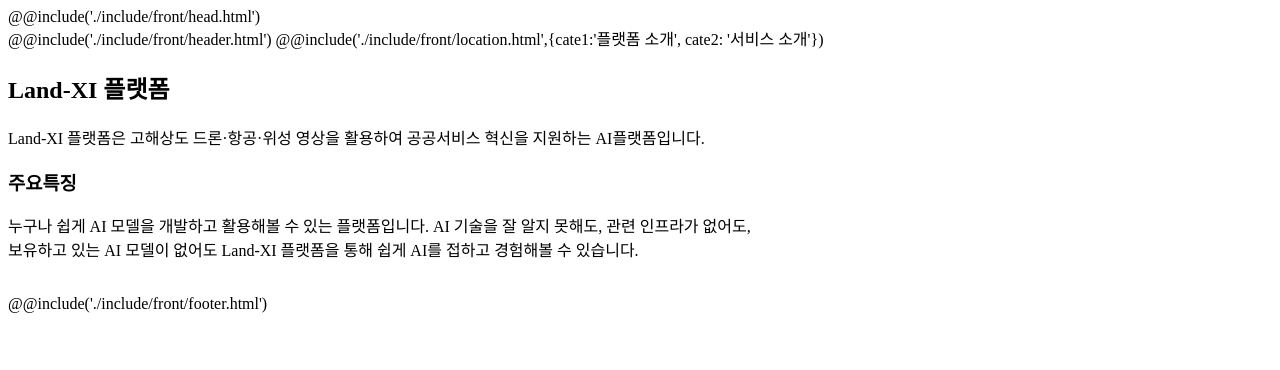
Repository: richosj/landxi
Page: workspace/html/01-01-플랫폼소개-서비스개요-플랫폼소개.html
An editor plug-in stored every save of this project. The page is shown before and after the next save, followed by the edit.
The browser window is 1280 px wide. The pictures show the whole page.

Above is the page before, as saved 2024-07-04 10:55:56.
Not found: workspace/html/common/images/plat/txt-group.png

After the next save:
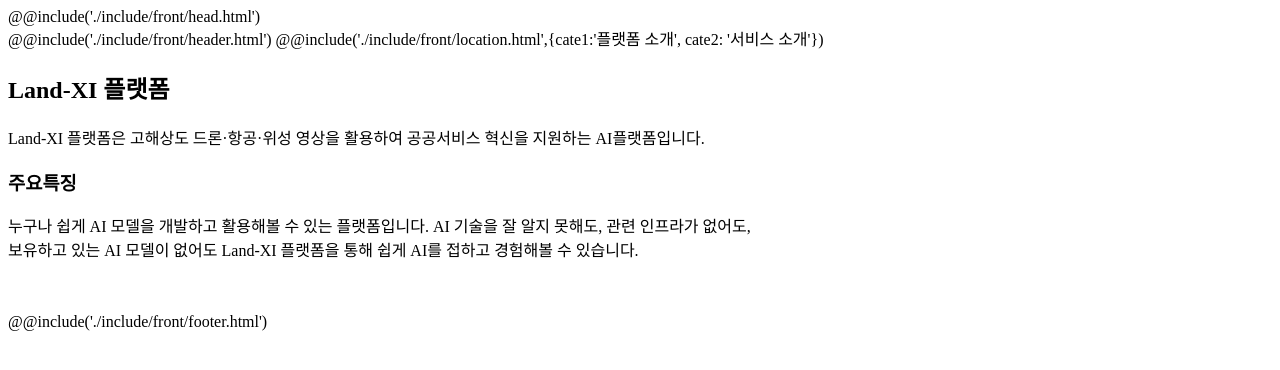
Not found: workspace/html/common/images/platform/txt-group.png
Saved 96 s later.
--- a/workspace/html/01-01-플랫폼소개-서비스개요-플랫폼소개.html
+++ b/workspace/html/01-01-플랫폼소개-서비스개요-플랫폼소개.html
@@ -26,13 +26,12 @@
                 보유하고 있는 AI 모델이 없어도 Land-XI 플랫폼을 통해 쉽게 AI를 접하고 경험해볼 수 있습니다.
               </p>
             </div>
+            <div class="lay-wrap"><img src="./common/images/platform/txt-group.png" alt=""></div>
           </div>
         </div>
 
         <div class="plat__service--logic">
-          <div class="lay-wrap">
-            <img src="./common/images/plat/txt-group.png" alt="">
-          </div>
+          <div class="lay-wrap"><img src="./common/images/platform/txt-group.png" alt=""></div>
         </div>
 
 
